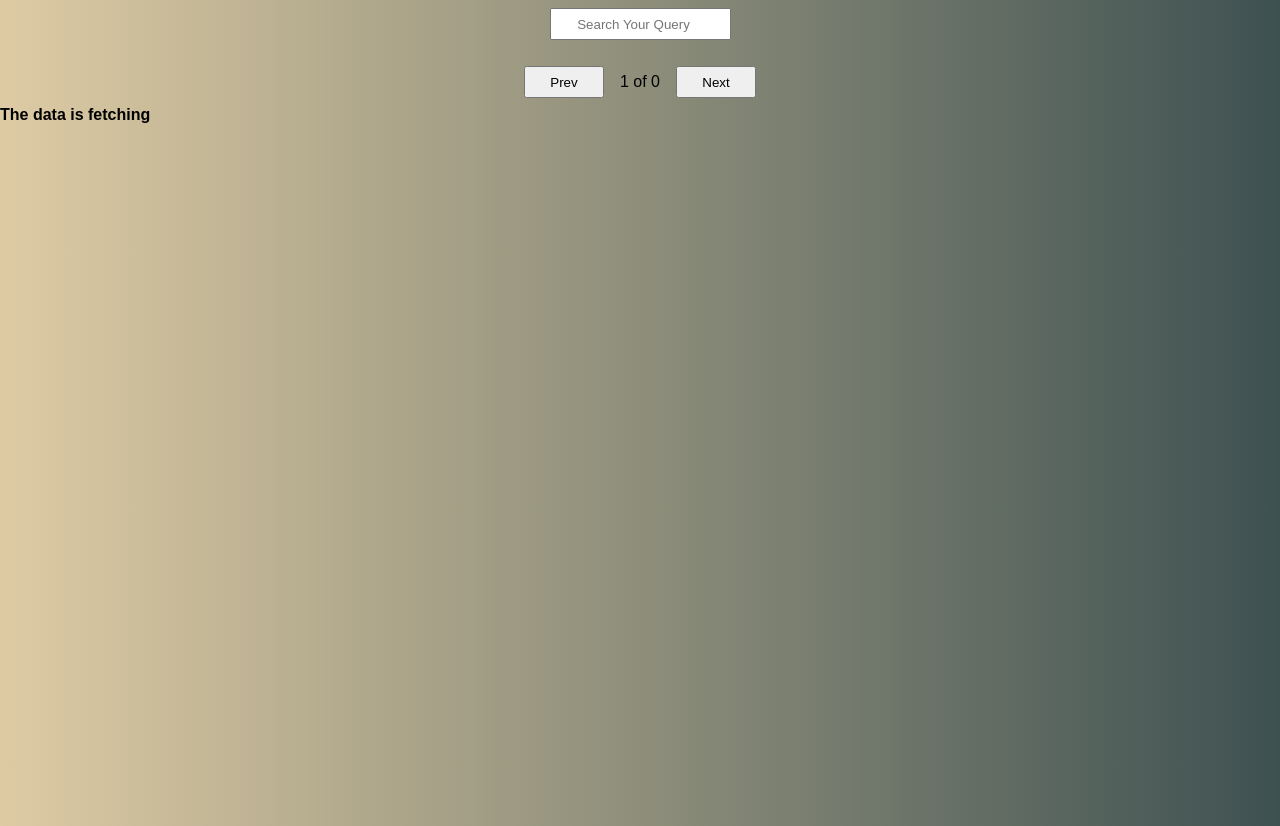
Repository: suraj-yadav7/TechNews
Page: /
The author's editor kept a copy of each file at every save. The page is drawn from the files as they stood at one save, then again after a run of saves.
The browser window is 1280 px wide. The pictures show the whole page.
The page's requests for data from a server got no answer. The project was rebuilt for these pictures with package versions that can differ from the ones it lists, and the page was loaded fresh each time. No one was signed in, and anything a server would have sent is missing.

Above is the page before, as saved 2023-04-28 10:33:44.

### src/index.js
import React from 'react';
import ReactDOM from 'react-dom/client';
import App from './App';
import { AppProvider } from './context';

const root = ReactDOM.createRoot(document.getElementById('root'));
root.render(
  <React.StrictMode>
    <AppProvider>
    <App />
    </AppProvider>
  </React.StrictMode>
);

### src/App.js
import './App.css';
import Search from './components/Search';
import Stories from './components/Stories';

function App() {
  return (
      <>
      <Search/>
      <Stories />
      </>
  );
}

export default App;

### src/context.jsx
import {useContext, createContext, useEffect, useReducer} from "react"
import {reducer} from './reducer'

const AppContext = createContext();
let api = "https://hn.algolia.com/api/v1/search?";
const initial = {
    hits:[],
    page:0,
    nbPages:0,
    query:"",
    isLoading:true
}

const AppProvider = ({children})=>{

    const [state, dispatch] = useReducer(reducer, initial)

    const fetchApiData = async(url)=>{
        dispatch({
            type:"loadingData",
        })
        try{
            let fetchApi = await fetch(url)
            let data = await fetchApi.json()
            console.log(data)
            dispatch({
                type:"Get_Update",
                payload:{
                    hitNews:data.hits,
                    pg:data.page,
                    nbPg: data.nbPages
                }
            })
        }
        catch(error){
            console.log(error)
        }
        }

        //removing post
        const removePost = (objectID) =>{
                    dispatch({
                        type:"remove_post",
                        payload: objectID
                    })
        }

    //Search Post
    const searchPost = ((searchVal)=>{
        // searchVal.preventDefault()
        dispatch({
        type:"SEARCH_POST",
        payload: searchVal
        })
    })

    //Previous Page
    const prevPage=()=>{
        dispatch({
            type:"PREV_PAGE"
        })
    }
    const nextPage=()=>{
        dispatch({
            type:"NEXT_PAGE"
        })
    }
    useEffect(()=>{
         fetchApiData(`${api}query=${state.query}&&page=${state.page}`)

    },[state.query, state.page])


    return(
        <AppContext.Provider value= {{...state, removePost, searchPost,prevPage,nextPage}} >{children}</AppContext.Provider>
    )
};

//Custom hook to provide appContext and useContext

const useGlobalContext = ()=>{
    return useContext(AppContext)
}
export {AppContext,AppProvider, useGlobalContext}

### src/App.css
*{
  margin: 0;
  padding: 0;
  box-sizing: border-box;
  font-family:  sans-serif;
}

/* Search Div*/
.searchMain{
  display: flex;
  flex-direction: column;
  align-items: center;
  justify-content: center;
  gap:10px;
  background-image: linear-gradient(to right, #DECBA4, #3E5151);

}
.searchInput{
  margin: 0.5rem 0;
  width: 100%;
  height: 2rem;
  text-align: center;
}
.pagination{
  margin: 0.5rem 0;
}
.pagination> button{
  width: 5rem;
  height: 2rem;
  margin: 0 1rem;
}
/* Stories */
.parentStory{
  display: flex;
  align-items: center;
  justify-content: center;
  flex-direction: column;
  gap: 1rem;
  background-image: linear-gradient(to right, #DECBA4, #3E5151);


}

.stories{
  width: 50%;
  height: 12rem;
  display: flex;
  background-image: linear-gradient(to right, #434343 0%, black 100%);
  align-items: center;
  justify-content: center;
  flex-direction: column;
  color: white;
  text-align: center;
}
.stories> h3,p{
  margin: 1rem 0;
  /* padding-bottom: 4rem; */
  padding: 0 2rem;
  margin-bottom: 1.2rem;
}
.storiesButton{
  height: 2rem;
  display: flex;
  align-items: center;
  margin:0.5rem ;
}
.storiesButton >button, a>button{
  margin:0 5rem;
  border: 1px solid blue;
  background-color: aliceblue;
  color: black;
  border-radius: 10px;
  height: 2rem;
  width: 6rem;
  text-align:center;
  font-size: medium;
  cursor: pointer;
}

### src/components/Search.jsx
import React from 'react'
import { useGlobalContext } from '../context'

const Search = () => {
  const { query, searchPost, prevPage, nextPage, nbPages, page } = useGlobalContext()
  return (
    <>
      <div className='searchMain'>
        <div className='formContainer'>
          <form onSubmit={(e) => e.preventDefault()}>
            <input className='searchInput' type="search" placeholder='Search Your Query' value={query} onChange={(e) => searchPost(e.target.value)}></input>
          </form>
        </div>
        <div className='pagination'>
          <button onClick={prevPage} >Prev</button>
          <span>{page + 1} of {nbPages}</span>
          <button onClick={nextPage} >Next</button>
        </div>
      </div>
    </>
  )
}

export default Search

### src/components/Stories.jsx
import React from 'react'
import { useGlobalContext } from '../context'

const Stories = () => {
  const { hits, isLoading, removePost } = useGlobalContext()



  if (isLoading) {
    return (
  <div className="Loading" style={{  height:"100vh",backgroundImage: "linear-gradient(to right, #DECBA4, #3E5151)"}}>
        <h4>The data is fetching</h4>
      </div>
    )
  }
  return (
    <>
      <div className='parentStory'>
        <h2>Latest Tech News</h2>
        {hits?.map((story) => {
          const { objectID } = story
          return (
            <>
              <div className='stories' key={objectID}>
                <h3>{story.title}</h3>
                <p>by <span>{story.author}</span>  | <span>comment: {story.num_comments} </span></p>
                  <div className="storiesButton">
                  <a href={story.url} target='_blank' rel="noreferrer"><button >Read More</button></a>
                  <button onClick={() => removePost(objectID)} >Remove</button>
                </div>
              </div>
            </>)
        })}
      </div>
    </>
  )
}

export default Stories

### src/reducer.jsx

const reducer = (state,action) =>{
    switch(action.type){
        case"loadingData" : return{
            ...state,
            isLoading: true

        } ;
        case "Get_Update":
            return{
                ...state,
                isLoading:false,
                hits:action.payload.hitNews,
                nbPages:action.payload.nbPg
            }

        case "remove_post":
            return{
                ...state, hits: state.hits.filter((post)=> post.objectID !== action.payload)
            }

        case "SEARCH_POST":
            return{
                    ...state, query: action.payload
            }

        case "PREV_PAGE":
            let pageNum=state.page-1
            if(pageNum<=0){
                pageNum=0
            }
            return{
                 ...state,
                    page:pageNum
                }


        case "NEXT_PAGE":
            let pageNum2= state.page+1
            if(pageNum2>=50){
                pageNum2=0
            }

            return{
                ...state,
                page:pageNum2
            }

    }
    return state
}
export {reducer};

Loaded but not shown: public/index.html (common file)

After the next 2 saves:
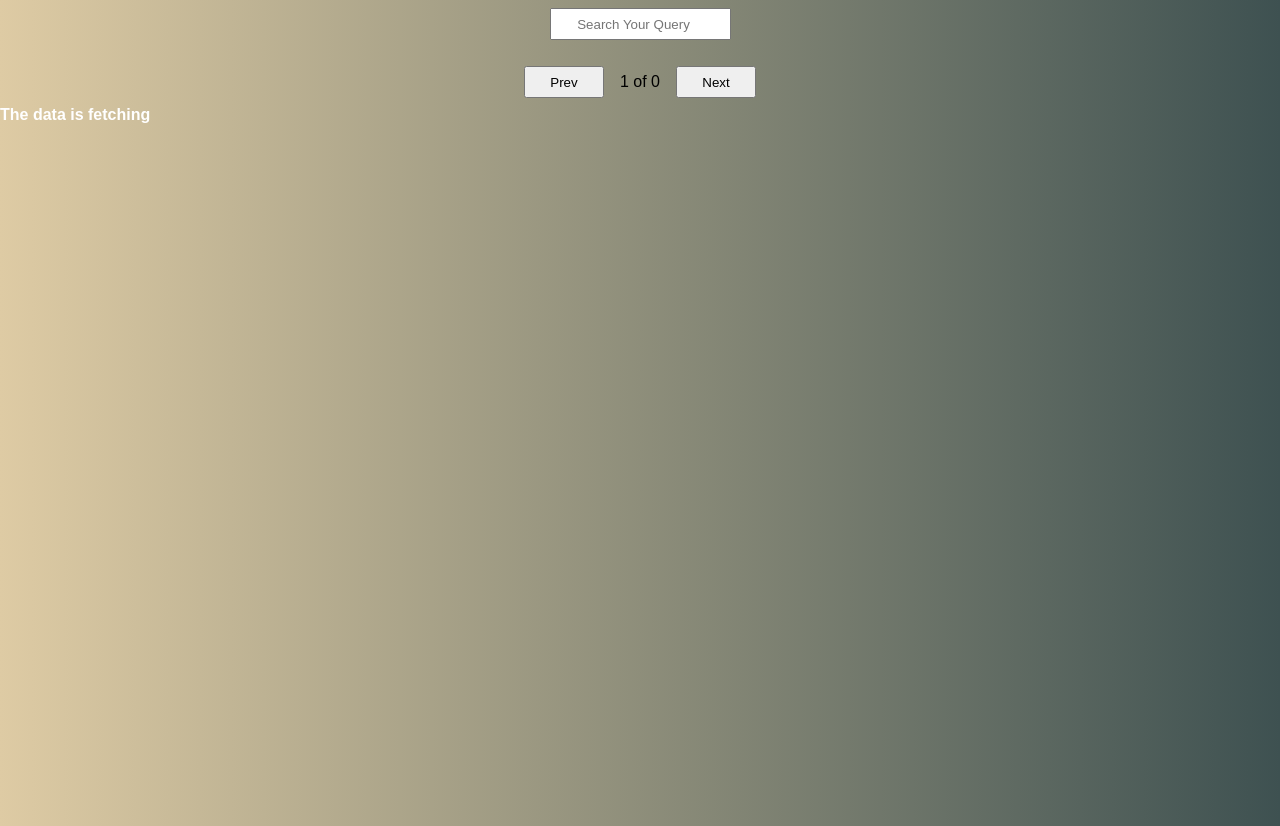
The 2 saves are shown as one change because 1 did not build or start.
The last was saved 22 s later.
--- a/src/components/Stories.jsx
+++ b/src/components/Stories.jsx
@@ -8,7 +8,7 @@ const Stories = () => {
 
   if (isLoading) {
     return (
-  <div className="Loading" style={{  height:"100vh",backgroundImage: "linear-gradient(to right, #DECBA4, #3E5151)"}}>
+  <div className="Loading" style={{ color:"white", height:"100vh",backgroundImage: "linear-gradient(to right, #DECBA4, #3E5151)"}}>
         <h4>The data is fetching</h4>
       </div>
     )
